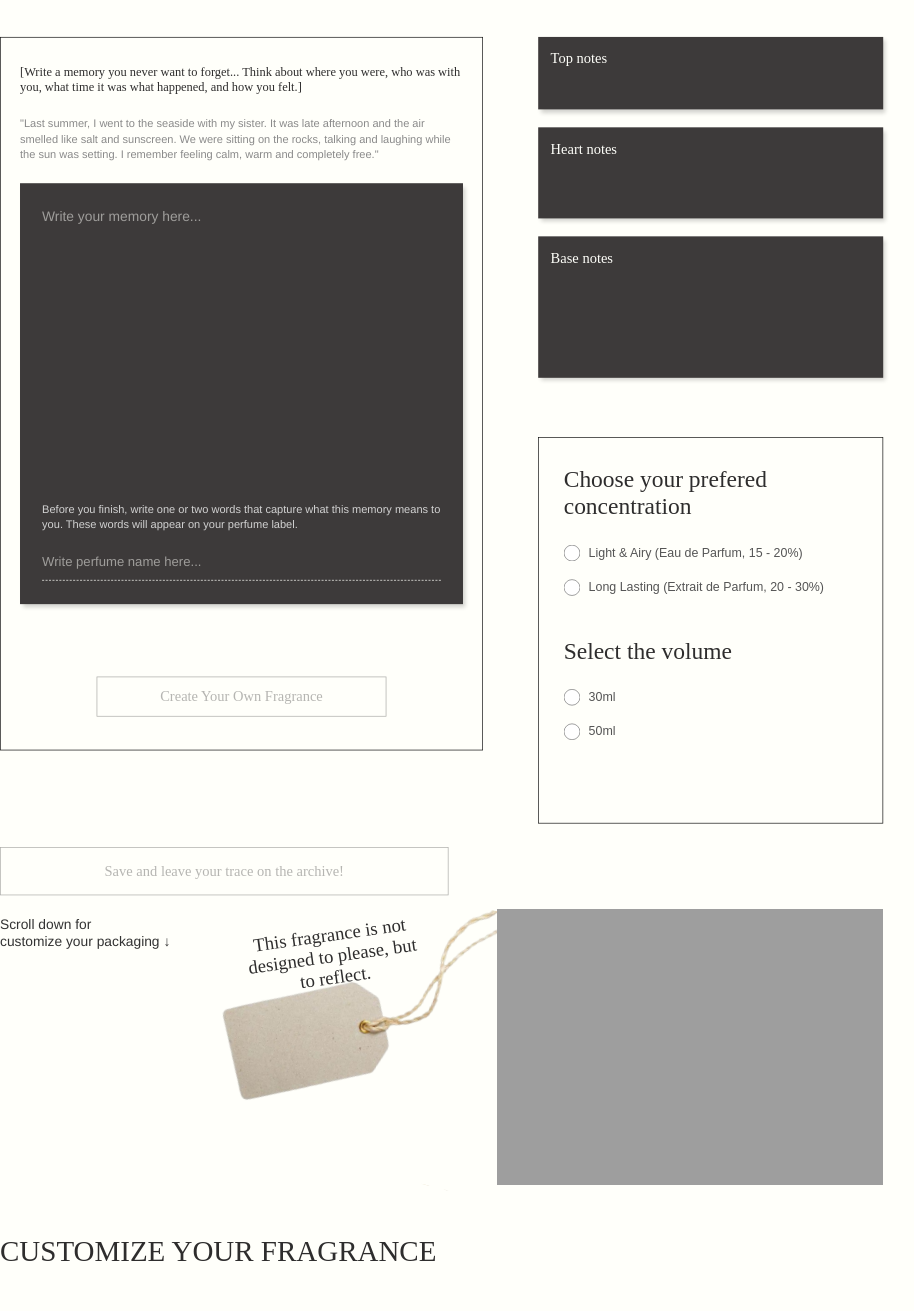
Repository: doagunes/Sillage
Page: /create
The author's editor kept a copy of each file at every save. The page is drawn from the files as they stood at one save, then again after a run of saves.
The browser window is 1280 px wide. The page is 1325 px wide, so the pictures cover 1325 px, including what lies to the right of the window. The pictures show the part of the page from y = 773 to 2673 px (the page is 4240 px tall), at 69% of full size.
Pictures or frames that could not be fetched are drawn as grey boxes. Some web fonts or font styles are not loaded; a fallback is used. The project was rebuilt for these pictures with package versions that can differ from the ones it lists, and the page was loaded fresh each time. Also part of the build but not shown: vite.config.js, src/pages/SignUp.css, src/pages/SignUp.jsx, src/pages/Login.css, src/pages/Login.jsx, src/components/DynamicPerfumeBottle.css, src/components/DynamicPerfumeBottle.jsx, src/pages/Account.css and 17 more.

Above is the page before, as saved 2026-06-06 12:50:37.

### index.html
<!doctype html>
<html lang="en">
  <head>
    <meta charset="UTF-8" />
    <link rel="icon" type="image/svg+xml" href="/favicon.svg" />
    <meta name="viewport" content="width=device-width, initial-scale=1.0" />
    <title>sillage</title>
  </head>
  <body>
    <div id="root"></div>
    <script type="module" src="/src/main.jsx"></script>
  </body>
</html>

### src/main.jsx
import React from 'react'
import ReactDOM from 'react-dom/client'
import App from './App'
import './index.css'
import "./styles/fonts.css";

ReactDOM.createRoot(document.getElementById('root')).render(
  <React.StrictMode>
    <App />
  </React.StrictMode>,
)

### src/App.jsx
import "./index.css";
import { BrowserRouter, Routes, Route } from "react-router-dom";
import { AuthProvider } from "./context/AuthContext";
import { CartProvider } from "./context/CartContext";

import SignUp from "./pages/SignUp";
import Login from "./pages/Login";
import Account from "./pages/Account";

import Home from "./pages/Home";
import About from "./pages/About";
import Create from "./pages/Create";
import Archive from "./pages/Archive";
import ArchiveDetail from "./pages/ArchiveDetail";
import Cart from "./pages/Cart";
import ScentDetail from "./pages/ScentDetail";

function App() {
  return (
    <AuthProvider>
      <CartProvider>
        <BrowserRouter>
          <Routes>
            <Route path="/" element={<Home />} />
            <Route path="/about" element={<About />} />
            <Route path="/create" element={<Create />} />
            <Route path="/archive" element={<Archive />} />
            <Route path="/archive/:id" element={<ArchiveDetail />} />

            <Route path="/signup" element={<SignUp />} />
            <Route path="/login" element={<Login />} />
            <Route path="/account" element={<Account />} />

            <Route path="/cart" element={<Cart />} />

            <Route path="/scents/:scentId" element={<ScentDetail />} />
          </Routes>
        </BrowserRouter>
      </CartProvider>
    </AuthProvider>
  );
}

export default App;

### src/index.css
@import "tailwindcss";

@font-face {
  font-family: "Richmond Display";
  src: url("./assets/fonts/RichmondDisplay-Light.otf") format("opentype");
  font-weight: 300;
  font-style: normal;
}

@font-face {
  font-family: "Helvetica Neue Light";
  src: url("./assets/fonts/HelveticaNeue-Light.otf") format("opentype");
  font-weight: 300;
  font-style: normal;
}

:root {
  --font-heading: "Richmond Display", serif;
  --font-body: "Helvetica Neue Light", Arial, sans-serif;
}

* {
  margin: 0;
  padding: 0;
  box-sizing: border-box;
}

body {
  background-color: #f7f3ee;
  font-family: var(--font-body);
}

h1,
h2,
h3,
h4,
h5,
h6 {
  font-family: var(--font-heading);
  font-weight: 300;
}
@keyframes luxuryFade {
  from {
    opacity: 0;
    transform: translateY(40px);
    filter: blur(8px);
  }

  to {
    opacity: 1;
    transform: translateY(0);
    filter: blur(0);
  }
}

.page-enter {
  animation: luxuryFade 1.8s cubic-bezier(0.22, 1, 0.36, 1);
}

### src/styles/fonts.css
@font-face {
  font-family: "Richmond Display";
  src: url("../assets/fonts/RichmondDisplay-Light.otf")
    format("opentype");
  font-weight: 300;
  font-style: normal;
}

@font-face {
  font-family: "Helvetica Neue Light";
  src: url("../assets/fonts/HelveticaNeue-Light.otf")
    format("opentype");
  font-weight: 300;
  font-style: normal;
}

### src/context/AuthContext.jsx
import { createContext, useContext, useEffect, useState } from "react";

const AuthContext = createContext();

const API_URL = "http://localhost:5001/api";

export function AuthProvider({ children }) {
  const [user, setUser] = useState(null);

  useEffect(() => {
    const savedCurrentUser = localStorage.getItem("sillageCurrentUser");

    if (savedCurrentUser) {
      setUser(JSON.parse(savedCurrentUser));
    }
  }, []);

  const signup = async ({ username, email, password }) => {
    try {
      const response = await fetch(`${API_URL}/signup`, {
        method: "POST",
        headers: {
          "Content-Type": "application/json",
        },
        body: JSON.stringify({
          username,
          email,
          password,
        }),
      });

      const data = await response.json();

      if (!response.ok) {
        return {
          success: false,
          message: data.message || "Signup failed.",
        };
      }

      localStorage.setItem("sillageCurrentUser", JSON.stringify(data));
      setUser(data);

      return {
        success: true,
        user: data,
      };
    } catch (error) {
      return {
        success: false,
        message: "Could not connect to the server.",
      };
    }
  };

  const login = async (email, password) => {
    try {
      const response = await fetch(`${API_URL}/login`, {
        method: "POST",
        headers: {
          "Content-Type": "application/json",
        },
        body: JSON.stringify({
          email,
          password,
        }),
      });

      const data = await response.json();

      if (!response.ok) {
        return {
          success: false,
          message: data.message || "Login failed.",
        };
      }

      localStorage.setItem("sillageCurrentUser", JSON.stringify(data));
      setUser(data);

      return {
        success: true,
        user: data,
      };
    } catch (error) {
      return {
        success: false,
        message: "Could not connect to the server.",
      };
    }
  };

  const logout = () => {
    localStorage.removeItem("sillageCurrentUser");
    setUser(null);
  };

  const isLoggedIn = Boolean(user);

  return (
    <AuthContext.Provider value={{ user, isLoggedIn, signup, login, logout }}>
      {children}
    </AuthContext.Provider>
  );
}

export function useAuth() {
  return useContext(AuthContext);
}

### src/components/Navbar.jsx
import "./Navbar.css";
import { Link } from "react-router-dom";
import { useAuth } from "../context/AuthContext";

import logo from "../assets/navbar/sillage-logo.svg";
import userIcon from "../assets/navbar/user-icon.svg";
import bagIcon from "../assets/navbar/bag-icon.svg";
import instagramIcon from "../assets/navbar/instagram-icon.svg";

function Navbar() {
  const { isLoggedIn } = useAuth();

  return (
    <header className="navbar">
      <Link to="/" className="logo">
        <img src={logo} alt="sillage" />
      </Link>

      <nav className="nav-links">
        <Link to="/about">About</Link>
        <Link to="/create">Create Your Own Fragrance</Link>
        <Link to="/archive">Memory Archive</Link>
      </nav>

      <div className="nav-icons">
        <Link to={isLoggedIn ? "/account" : "/signup"} className="nav-icon-link">
          <img src={userIcon} alt="Account" />
        </Link>

        <Link to="/cart" className="nav-icon-link">
          <img src={bagIcon} alt="Cart" />
        </Link>

        <a
          href="https://www.instagram.com/"
          target="_blank"
          rel="noreferrer"
          className="nav-icon-link"
        >
          <img src={instagramIcon} alt="Instagram" />
        </a>
      </div>
    </header>
  );
}

export default Navbar;

### src/components/Footer.jsx
import "./Footer.css";
import { Link } from "react-router-dom";
import logo from "../assets/sillage-logo-b.svg";

function Footer() {
  return (
    <footer className="footer">
      <Link to="/" className="footer-brand">
        <img src={logo} alt="Sillage" />
      </Link>

      <div className="footer-col">
        <Link to="/about">
          <h3>About</h3>
        </Link>
      </div>

      <div className="footer-col">
        <h3>Scent Studio</h3>

        <Link to="/create">
          Create Your Own Perfume
        </Link>

        <Link to="/create">
          Customize Your Packaging
        </Link>
      </div>

      <div className="footer-col">
        <Link to="/archive">
          <h3>Memory Archive</h3>
        </Link>
      </div>

      <div className="footer-col contact">
        <h3>Contacts</h3>

        <p>info@sillageperfumery.com.tr</p>

        <p>
          +90 123 456 78 90 &nbsp; | &nbsp; Izmir / Turkey
        </p>
      </div>
    </footer>
  );
}

export default Footer;

### src/pages/Create.css
.create-page {
  background: #fffffa;
  color: #2E2D2D;
  font-family: "Helvetica Neue", Arial, sans-serif;
}

/* HERO */

.create-hero {
  width: 1280px;
  margin: 0 auto;
  display: grid;
  grid-template-columns: 50% 50%;
  border-left: 1px solid #111;
  border-right: 1px solid #111;
  border-bottom: 1px solid #111;
  border-top: none;
}

.create-hero-left {
  height: 330px;
  padding: 42px 32px 28px;
  box-sizing: border-box;

  display: flex;
  flex-direction: column;
  justify-content: space-between;
}

.create-hero-left h1 {
  margin: 0;
  font-family: "Richmond Display", serif;
  font-size: 44px;
  line-height: 1.18;
  font-weight: 300;
  letter-spacing: 0.01em;
  color: #2E2D2D;
}

.create-hero-left p {
  margin: 0;
  font-size: 36px;
  font-weight: 300;
  line-height: 1;
}

.create-hero-image {
  height: 330px;
  border-left: 1px solid #111;
  overflow: hidden;
}

.create-hero-image img {
  width: 100%;
  height: 100%;
  object-fit: cover;
  filter: grayscale(100%);
  display: block;
}

/* STEPS */

.steps-grid {
  width: 1280px;
  margin: 0 auto 62px;
  display: grid;
  grid-template-columns: repeat(4, 1fr);
  border-left: 1px solid #111;
}

.step-card {
  min-height: 270px;
  border-right: 1px solid #111;
  border-bottom: 1px solid #111;
  position: relative;
  padding: 100px 28px 28px;
  box-sizing: border-box;
}

.step-number {
  position: absolute;
  top: 0;
  left: 0;
  width: 66px;
  height: 66px;
  border-right: 1px solid #111;
  border-bottom: 1px solid #111;

  display: flex;
  align-items: center;
  justify-content: center;

  font-family: "Richmond Display", serif;
  font-size: 44px;
  font-weight: 300;
  line-height: 1;
}

.step-card p {
  margin: 0;
  font-size: 30px;
  line-height: 1.22;
  font-weight: 100;
}

/* CREATE MAIN */

.create-main {
  width: 1280px;
  margin: 70px auto 0;

  display: grid;
  grid-template-columns: 700px 500px;

  gap: 80px;

  align-items: start;
}

.memory-panel {
  border: 1px solid #111;
  padding: 38px 28px 48px;
  min-height: 900px;
  box-sizing: border-box;
}

.memory-panel h3 {
  margin: 0 0 30px;
  font-family: "Richmond Display", serif;
  font-size: 18px;
  font-weight: 400;
  line-height: 1.28;
}

.memory-panel > p {
  margin: 0 0 32px;
  color: #8a8a8a;
  font-size: 16px;
  line-height: 1.35;
  font-family: "Helvetica Neue", Arial, sans-serif;
}

.memory-input {
  background: #3d3a3a;
  color: #fffffa;
  height: 610px;
  padding: 34px 32px;
  box-sizing: border-box;
  display: flex;
  flex-direction: column;
  box-shadow: 4px 5px 6px rgba(0, 0, 0, 0.18);
  font-family: "Helvetica Neue", Arial, sans-serif;
}

.memory-input textarea {
  flex: 1;
  min-height: 360px;
  background: transparent;
  border: none;
  color: #fffffa;
  font-size: 20px;
  line-height: 1.4;
  outline: none;
  resize: none;
}

.memory-input span {
  color: #d2d2d2;
  font-size: 16px;
  line-height: 1.35;
  margin-top: auto;
}

.memory-title-input {
  margin-top: 22px;
  background: transparent;
  border: none;
  border-bottom: 1px dashed #fffffa;
  color: #fffffa;
  font-size: 19px;
  outline: none;
  padding: 8px 0 12px;
}

.memory-panel > button {
  width: 420px;
  height: 58px;
  margin: 105px auto 0;
  display: block;
  border: 1px solid #111;
  background: transparent;
  font-family: "Richmond Display", serif;
  font-size: 21px;
  cursor: pointer;
}

/* NOTES */

.notes-panel {
  display: grid;
  grid-template-columns: 1fr;
  gap: 26px;
}

.note-box {
  height: 105px;
  background: #3d3a3a;
  color: #fffffa;
  padding: 16px 18px;
  box-sizing: border-box;
  box-shadow: 4px 5px 6px rgba(0, 0, 0, 0.18);

  overflow-y: auto;
  overflow-x: hidden;
}

.note-heart {
  height: 132px;
  overflow-y: auto;
}

.note-base {
  height: 205px;
  overflow-y: auto;
}

.note-box h3 {
  margin: 0 0 8px;
  font-family: "Richmond Display", serif;
  font-size: 21px;
  font-weight: 300;
}

/* OPTIONS */

.options-box {
  border: 1px solid #111;

  min-height: 560px;

  padding: 40px 36px;

  box-sizing: border-box;

  margin-top: 60px;

  background: #fffffa;
}

.options-box h3 {
  margin: 0 0 36px;

  font-family: "Richmond Display", serif;
  font-size: 34px;
  font-weight: 300;
  line-height: 1.15;

  color: #2E2D2D;
}

.options-box h3:nth-of-type(2) {
  margin-top: 60px;
}

.options-box label {
  display: flex;
  align-items: center;

  margin-bottom: 26px;

  font-family: "Helvetica Neue Light", sans-serif;
  font-size: 18px;
  font-weight: 300;
  line-height: 1.3;

  color: #555;
}

.options-box input {
  width: 24px;
  height: 24px;

  margin-right: 12px;

  accent-color: #111;

  flex-shrink: 0;
}

/* SAVE */

.archive-save {
  width: 1280px;
  margin: 34px auto 80px;
  position: relative;
  z-index: 20;
}

.archive-save button {
  width: 650px;
  height: 70px;
  border: 1px solid #111;
  background: transparent;
  font-family: "Richmond Display", serif;
  font-size: 21px;
  cursor: pointer;
  position: relative;
  z-index: 21;
}

/* TAG */

.tag-section {
  width: 1280px;
  height: 360px;
  margin: 0 auto 45px;
  position: relative;
}

.scroll-hint {
  position: absolute;
  left: 0;
  top: -50px;

  display: flex;
  flex-direction: column;

  font-size: 20px;
  font-weight: 300;
  line-height: 1.25;
  color: #333;
}

.tag-wrapper {
  position: absolute;
  left: 257px;
  top: -150px;

  width: 500px;
  height: auto;
}

.tag-img {
  width: 500px;
  height: auto;
  display: block;
}

.tag-text {
  position: absolute;
  left: 95px;
  top: 112px;

  width: 260px;

  font-family: var(--font-heading);
  font-size: 27px;
  font-weight: 300;
  line-height: 1.15;
  text-align: center;
  color: #2e2d2d;

  transform: rotate(-8deg);
}

.tag-photo-img {
  position: absolute;
  right: 0;
  top: -60px;

  width: 560px;
  height: 400px;
  object-fit: cover;
  display: block;
}

/* CUSTOMIZE SECTION */

.customize-section {
  width: 1280px;
  margin: 0 auto 90px;
}

.customize-section h2 {
  font-family: "Richmond Display", serif;
  font-size: 42px;
  font-weight: 100;
  margin: 0 0 55px;
  color: #2E2D2D;
}

.customize-grid {
  display: grid;
  grid-template-columns: 58% 42%;
  gap: 45px;
  align-items: start;
}

.package-preview {
  width: 100%;
  height: 670px;
  overflow: hidden;
}

.package-preview img {
  width: 100%;
  height: 100%;
  object-fit: cover;
  display: block;
}

/* RIGHT PANEL */

.package-customize-panel h3 {
  font-family: "Richmond Display", serif;
  font-size: 28px;
  font-weight: 300;
  line-height: 1.2;
  margin: 0 0 35px;
  color: #222;
}

.package-upload-box {
  height: 260px;
  border: 2px dashed #c9d1d8;
  display: flex;
  flex-direction: column;
  align-items: center;
  justify-content: center;
  gap: 22px;
  position: relative;
  margin-bottom: 150px;
}

.upload-icon {
  font-size: 34px;
  color: #111;
  line-height: 1;
}

.package-upload-box p {
  margin: 0;
  text-align: center;
  font-size: 25px;
  font-weight: 300;
  line-height: 1.25;
  color: #666;
}

.package-upload-plus {
  width: 58px;
  height: 58px;
  background: #202020;
  color: #fffffa;
  display: flex;
  align-items: center;
  justify-content: center;
  font-size: 34px;
  font-weight: 300;
  cursor: pointer;
}

.package-upload-preview {
  width: 100%;
  height: 100%;
  object-fit: cover;
}

.package-description {
  font-size: 19px;
  font-weight: 100;
  line-height: 1.22;
  color: #333;
  margin: 0;
}

/* PACKAGING CHOICE */

.packaging-choice-section {
  width: 1280px;
  margin: 120px auto 110px;
  display: grid;
  grid-template-columns: 760px 430px;
  gap: 90px;
  align-items: start;
}

.packaging-options {
  display: grid;
  grid-template-columns: 1fr 1fr;
  border: 1px solid #111;
}

.packaging-card {
  padding: 26px 24px 34px;
  min-height: 520px;
  border-right: 1px solid #111;
  box-sizing: border-box;
  cursor: pointer;
}

.packaging-card:last-child {
  border-right: none;
}

.packaging-title {
  display: flex;
  align-items: center;
  gap: 18px;
  margin-bottom: 24px;

  font-family: "Richmond Display", serif;
  font-size: 24px;
  font-weight: 300;
  line-height: 1.15;
}

.packaging-title input {
  width: 22px;
  height: 22px;
  accent-color: #111;
}

.packaging-image {
  width: 100%;
  height: 390px;
  overflow: hidden;
}

.packaging-image img {
  width: 100%;
  height: 100%;
  object-fit: cover;
  display: block;
}

/* RIGHT MEMORY LINE */

.memory-line-panel {
  width: 100%;
}

.memory-line-box {
  border: 1px solid #111;
  padding: 28px 26px 20px;
  box-sizing: border-box;
}

.memory-line-box h3 {
  margin: 0 0 34px;
  font-family: "Richmond Display", serif;
  font-size: 28px;
  font-weight: 300;
  line-height: 1.12;
}

.memory-line-box p {
  margin: 0 0 26px;
  font-size: 21px;
  font-weight: 300;
  line-height: 1.22;
}

.memory-line-box textarea {
  width: 100%;
  height: 150px;
  background: #3D3B3B;
  color: #fffffa;
  border: none;
  padding: 22px;
  box-sizing: border-box;
  resize: none;
  outline: none;

  font-size: 20px;
  font-family: "Helvetica Neue", Arial, sans-serif;
}

.final-cart-btn {
  width: 100%;
  height: 70px;
  margin-top: 42px;
  border: 1px solid #111;
  background: transparent;

  font-family: "Richmond Display", serif;
  font-size: 31px;
  font-weight: 300;
  text-align: left;
  padding-left: 22px;
  cursor: pointer;
}

.final-cart-btn:disabled {
  opacity: 0.35;
  cursor: not-allowed;
  pointer-events: none;
}

/* PLACEHOLDER */

.placeholder {
  background: #ddd9d3;
  color: #777;
  display: flex;
  align-items: center;
  justify-content: center;
}

/* RESPONSIVE */

@media (max-width: 900px) {
  .create-hero,
  .steps-grid,
  .create-main,
  .archive-save,
  .tag-section,
  .customize-section,
  .packaging-choice-section {
    width: calc(100% - 32px);
  }

  .create-hero,
  .create-main,
  .customize-grid,
  .packaging-choice-section {
    grid-template-columns: 1fr;
  }

  .steps-grid {
    grid-template-columns: 1fr;
  }

  .archive-save button,
  .memory-panel > button {
    width: 100%;
  }

  .tag-section {
    grid-template-columns: 1fr;
  }

  .packaging-options {
    grid-template-columns: 1fr;
  }

  .packaging-card {
    border-right: none;
    border-bottom: 1px solid #111;
  }
}
.disabled-cart-btn {
  opacity: 0.35;
  cursor: not-allowed;
}

.cart-error-message {
  margin: 24px 0 -24px;
  color: #8b0000;
  font-family: Arial, sans-serif;
  font-size: 15px;
}

.create-fragrance-btn:disabled,
.save-trace-btn:disabled {
  opacity: 0.35;
  cursor: not-allowed;
  pointer-events: none;
}

.create-fragrance-btn:not(:disabled),
.save-trace-btn:not(:disabled) {
  opacity: 1;
  cursor: pointer;
}
.final-cart-btn:disabled,
.create-fragrance-btn:disabled,
.save-trace-btn:disabled {
  opacity: 0.35;
  cursor: not-allowed;
  pointer-events: none;
}

.disabled-packaging-card {
  opacity: 0.45;
  cursor: not-allowed;
}
.package-upload-box .upload-icon {
  font-size: 38px;
}

.package-upload-box p {
  text-align: center;
}

### src/components/Navbar.css
.navbar {
  height: 150px;

  display: grid;
  grid-template-columns: 420px 1fr 220px;

  align-items: center;

  padding: 0 60px;

  background: #fffffa;
  border-bottom: 1px solid #111;
}

.logo {
  justify-self: start;
}

.logo img {
  width: 288px;
  height: auto;
  display: block;
}

.nav-links {
  display: flex;
  justify-content: center;
  align-items: center;

  gap: 90px;

  margin-top: 53px;
}

.nav-links a {
  color: #111;
  text-decoration: none;

  font-family: "Helvetica Neue", Arial, sans-serif;
  font-size: 22px;
  font-weight: 300;
  line-height: 1.15;
}

.nav-icons {
  display: flex;
  justify-content: flex-end;
  align-items: center;

  gap: 24px;

  margin-top: 53px;
}

.nav-icon-link {
  display: flex;
  align-items: center;
  justify-content: center;
  text-decoration: none;
}

.nav-icon-link img {
  width: 20px;
  height: 20px;
  object-fit: contain;
}

### src/components/Footer.css
.footer {
  background: #222222;
  color: #f5f5f2;

  height: 145px;
  padding: 28px 120px 24px;

  display: grid;
  grid-template-columns: 2.2fr 0.8fr 1.4fr 1.2fr 1.4fr;
  align-items: start;
  column-gap: 90px;

  box-sizing: border-box;
  overflow: hidden;
}

.footer-brand {
  display: flex;
  align-items: flex-start;
  justify-content: flex-start;
  margin-left: -30px; /* sola yaklaştır */
}

.footer-brand img {
  width: 260px; /* büyüt */
  height: auto;
  display: block;
  margin-top: -120px;
}

.footer-col {
  display: flex;
  flex-direction: column;
}

.footer-col h3,
.footer-title-link {
  font-family: Georgia, "Times New Roman", serif;
  font-size: 18px;
  font-weight: 400;
  color: #f5f5f2;
  text-decoration: none;
  margin: 0 0 18px;
  line-height: 1;
}

.footer-col a,
.footer-col p {
  color: rgba(255, 255, 255, 0.78);
  text-decoration: none;

  font-size: 14px;
  font-weight: 300;
  line-height: 1.35;

  margin: 0 0 6px;
}

.footer-col a:hover,
.footer-title-link:hover {
  color: white;
}

.contact p:first-of-type {
  margin-bottom: 8px;
}

Loaded but not shown: src/data/scentWords.js (584 lines, source omitted); src/utils/analyzeMemory.js (50 lines, source omitted); src/pages/Create.jsx (448 lines, source omitted); src/pages/Home.css (477 lines, source omitted); src/context/CartContext.jsx (158 lines, source omitted)

After the next 2 saves:
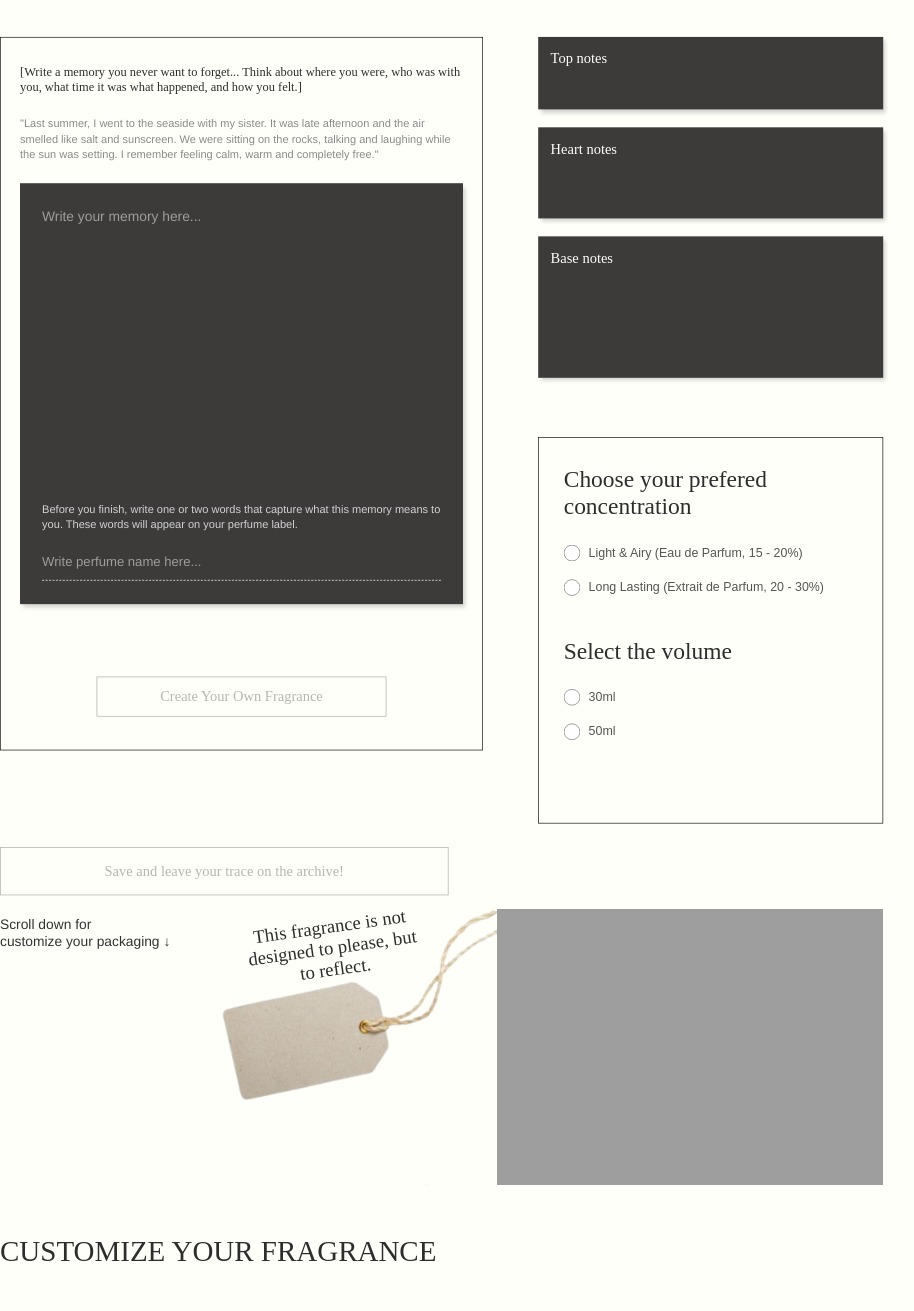
The 2 saves are shown as one change because they came seconds apart.
The last was saved 9 s later.
--- a/src/pages/Create.css
+++ b/src/pages/Create.css
@@ -349,7 +349,7 @@
 .tag-text {
   position: absolute;
   left: 95px;
-  top: 112px;
+  top: 100px;
 
   width: 260px;
 
